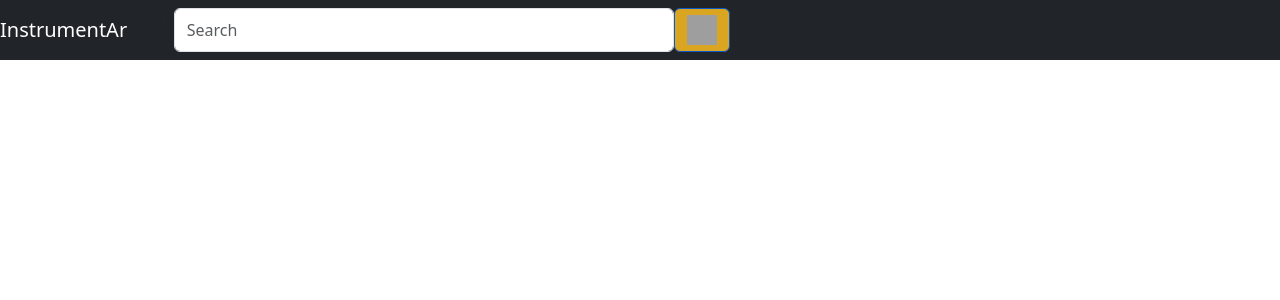
Repository: Meinuel/InstrumentAr
Page: /
The author's editor kept a copy of each file at every save. The page is drawn from the files as they stood at one save, then again after the next save.
The browser window is 1280 px wide. The pictures show the whole page.
The pointer rests on the first visible `.btn-lupa`.
Pictures or frames that could not be fetched are drawn as grey boxes. The project was rebuilt for these pictures with package versions that can differ from the ones it lists, and the page was loaded fresh each time.

Above is the page before, as saved 2021-09-13 21:15:36.

After the next save:
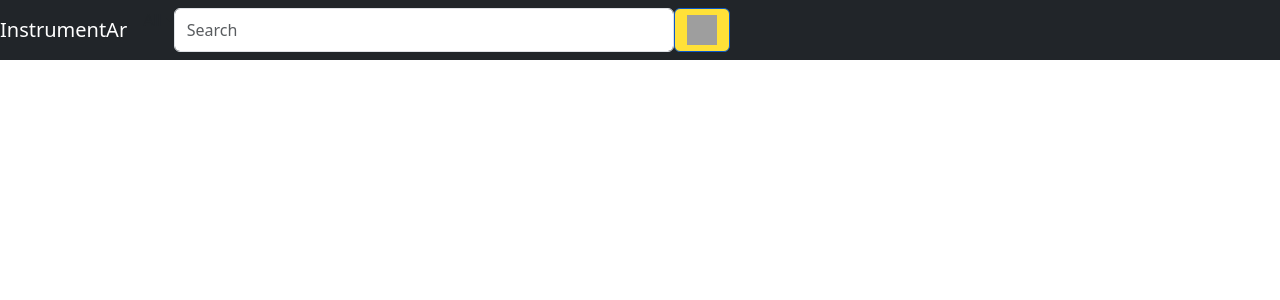
Saved 23 s later.
--- a/src/components/NavBar/NavBar.css
+++ b/src/components/NavBar/NavBar.css
@@ -12,5 +12,5 @@
 }
 
 .btn-lupa:hover {
-    background-color: goldenrod;
+    background-color: rgb(255, 225, 56);
 }
